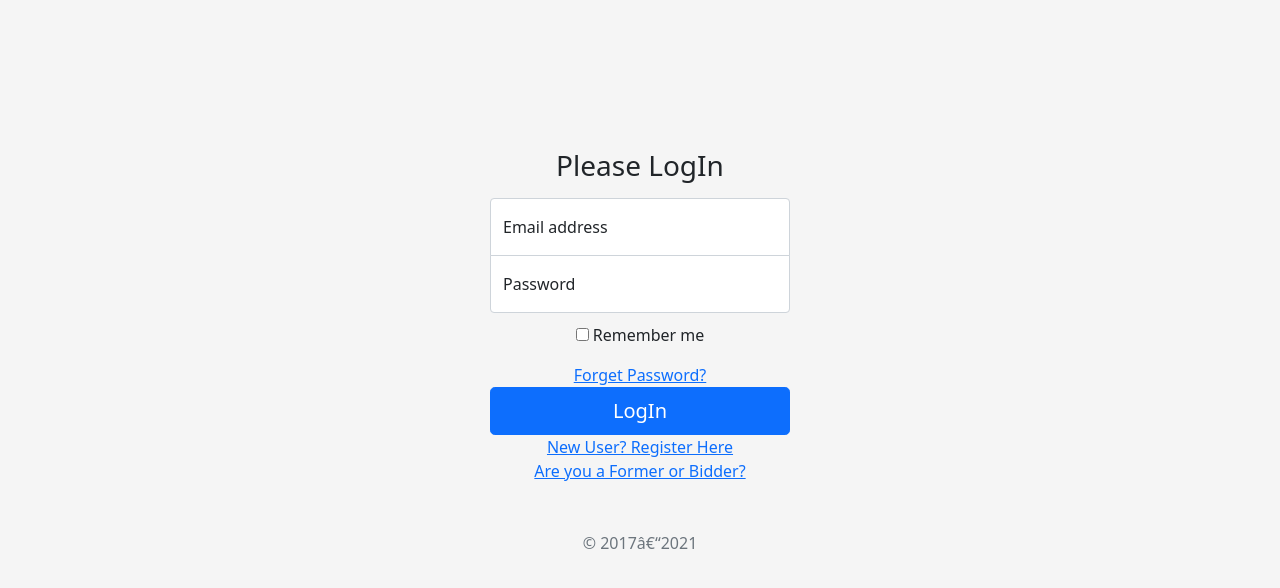
Repository: lavakumar17/Farmscheme
Page: http://localhost/demo/login.jsp
The author's editor kept a copy of each file at every save. The page is drawn from the files as they stood at one save, then again after a run of saves.
The browser window is 1280 px wide. The pictures show the whole page.
The page is served by Tomcat 9. Other server files are loaded and not shown. The template is opened directly, without the code that normally fills it, so the values that code supplies are empty.

Above is the page before, as saved 2022-06-23 06:50:25.

### MainProject/demo/src/main/webapp/login.jsp
<%@ page language="java" contentType="text/html; charset=ISO-8859-1"
    pageEncoding="ISO-8859-1" isELIgnored="false"%>
<!doctype html>
<html lang="en">
  <head>
    <meta charset="utf-8">
    <meta name="viewport" content="width=device-width, initial-scale=1">
    <meta name="description" content="">
    <meta name="author" content="Mark Otto, Jacob Thornton, and Bootstrap contributors">
    <meta name="generator" content="Hugo 0.88.1">
    <title>Signin Template · Bootstrap v5.1</title>

    <link rel="canonical" href="https://getbootstrap.com/docs/5.1/examples/sign-in/">



    <!-- Bootstrap core CSS -->
    <link href="https://cdn.jsdelivr.net/npm/bootstrap@5.1.3/dist/css/bootstrap.min.css" rel="stylesheet">

    <!-- Favicons -->
<link rel="apple-touch-icon" href="/docs/5.1/assets/img/favicons/apple-touch-icon.png" sizes="180x180">
<link rel="icon" href="/docs/5.1/assets/img/favicons/favicon-32x32.png" sizes="32x32" type="image/png">
<link rel="icon" href="/docs/5.1/assets/img/favicons/favicon-16x16.png" sizes="16x16" type="image/png">
<link rel="manifest" href="/docs/5.1/assets/img/favicons/manifest.json">
<link rel="mask-icon" href="/docs/5.1/assets/img/favicons/safari-pinned-tab.svg" color="#7952b3">
<link rel="icon" href="/docs/5.1/assets/img/favicons/favicon.ico">
<meta name="theme-color" content="#7952b3">
  <!-- Custom styles for this template -->
    <link href="css/login.css" rel="stylesheet">
  </head>
  <body class="text-center">
<main class="form-signin">
  <form method="post" action="login" >
    <h1 class="h3 mb-3 fw-normal">Please LogIn</h1>
    ${SPRING_SECURITY_LAST_EXCEPTION.message}
	<h5 class="text-danger">${wrong_credentials}</h5>
    <div class="form-floating">
      <input type="email" class="form-control" id="floatingInput" placeholder="name@example.com" name="emailId">
      <label for="floatingInput">Email address</label>
    </div>
    <div class="form-floating">
      <input type="password" class="form-control" id="floatingPassword" placeholder="Password" name="password">
      <label for="floatingPassword">Password</label>
    </div>
    <div class="checkbox mb-3">
      <label>
        <input type="checkbox" value="remember-me"> Remember me
      </label>
    </div>
     <a href="#">Forget Password?</a>
    <button class="w-100 btn btn-lg btn-primary" type="submit" name="submit" value="submit">LogIn</button>
    <a href="#">New User? Register Here</a><br>
    <a href="#">Are you a Former or Bidder?</a>
    <p class="mt-5 mb-3 text-muted">&copy; 2017–2021</p>
  </form>
</main>



  </body>
</html>

### MainProject/demo/src/main/webapp/css/login.css
  .bd-placeholder-img {
        font-size: 1.125rem;
        text-anchor: middle;
        -webkit-user-select: none;
        -moz-user-select: none;
        user-select: none;
      }

      @media (min-width: 768px) {
        .bd-placeholder-img-lg {
          font-size: 3.5rem;
        }
      }
html,
body {
  height: 100%;
}

body {
  display: flex;
  align-items: center;
  padding-top: 40px;
  padding-bottom: 40px;
  background-color: #f5f5f5;
}

.form-signin {
  width: 100%;
  max-width: 330px;
  padding: 15px;
  margin: auto;
}

.form-signin .checkbox {
  font-weight: 400;
}

.form-signin .form-floating:focus-within {
  z-index: 2;
}

.form-signin input[type="email"] {
  margin-bottom: -1px;
  border-bottom-right-radius: 0;
  border-bottom-left-radius: 0;
}

.form-signin input[type="password"] {
  margin-bottom: 10px;
  border-top-left-radius: 0;
  border-top-right-radius: 0;
}

After the next 2 saves:
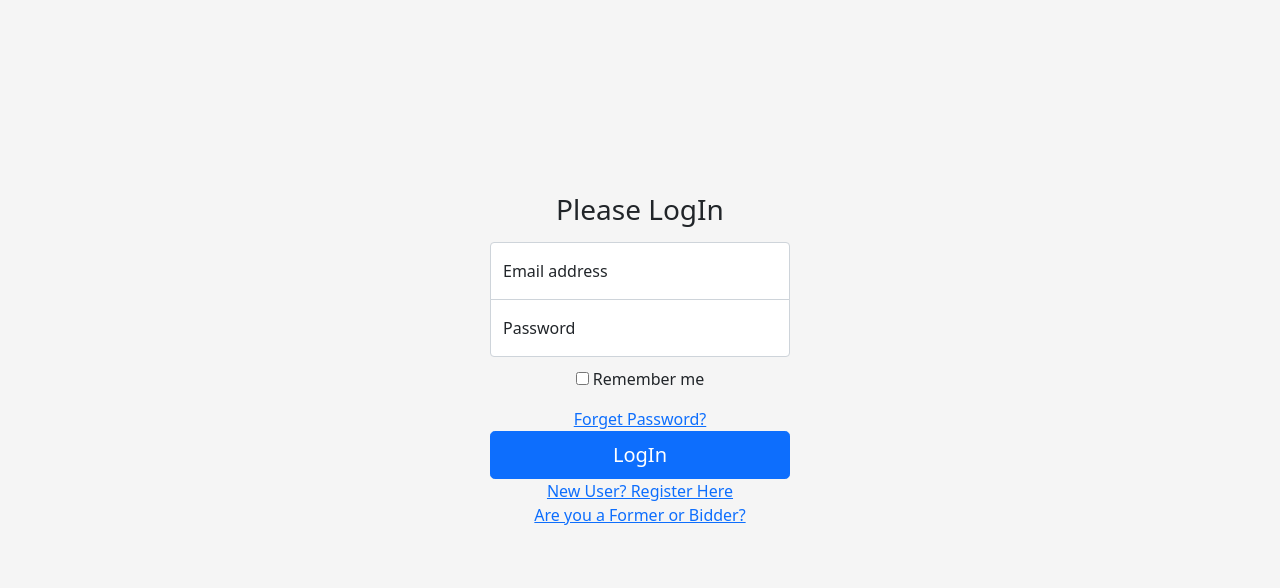
The 2 saves are shown as one change because 1 did not build or start.
The last was saved 8 h 20 min later.
--- a/MainProject/demo/src/main/webapp/login.jsp
+++ b/MainProject/demo/src/main/webapp/login.jsp
@@ -51,7 +51,7 @@
     <button class="w-100 btn btn-lg btn-primary" type="submit" name="submit" value="submit">LogIn</button>
     <a href="#">New User? Register Here</a><br>
     <a href="#">Are you a Former or Bidder?</a>
-    <p class="mt-5 mb-3 text-muted">&copy; 2017–2021</p>
+    <!-- <p class="mt-5 mb-3 text-muted">&copy; 2017–2021</p> -->
   </form>
 </main>
 
